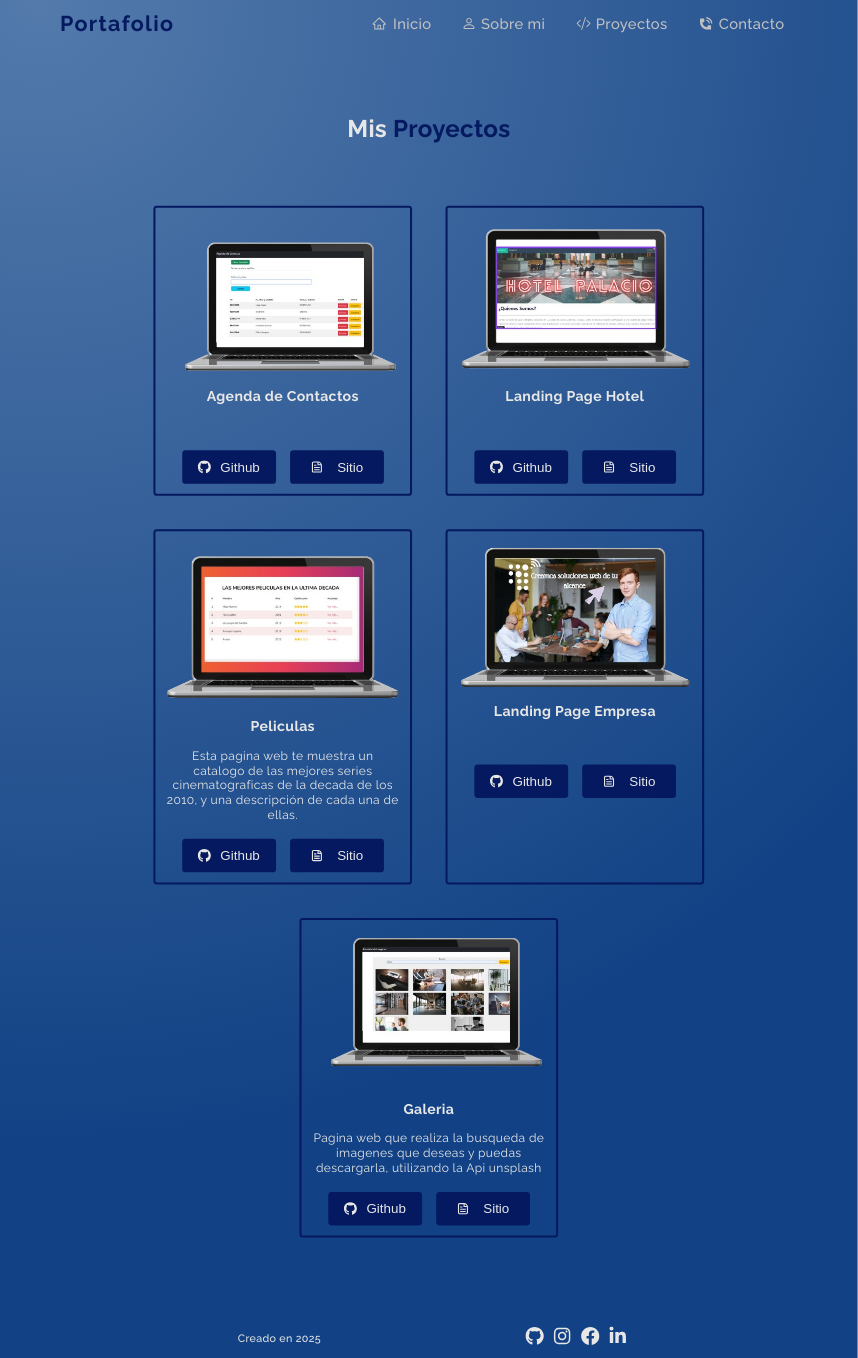
Repository: Francisco-Escobar99/portafolio
Page: /Project
The author's editor kept a copy of each file at every save. The page is drawn from the files as they stood at one save, then again after a run of saves.
The browser window is 1280 px wide. The pictures show the whole page, at 67% of full size.
The project was rebuilt for these pictures with package versions that can differ from the ones it lists, and the page was loaded fresh each time. Also part of the build but not shown: vite.config.js, src/Components/Type.jsx, src/Components/Home.jsx, src/Components/Skills.jsx, src/Components/About.jsx, src/Components/Contact.jsx, src/App.css.

Above is the page before, as saved 2026-02-17 23:10:54.

### index.html
<!doctype html>
<html lang="en">
  <head>
    <meta charset="UTF-8" />
    <meta name="viewport" content="width=device-width, initial-scale=1.0" />
    <meta name="viewport"    content="width=device-width, initial-scale=1" />
    <meta name="author" content="Francisco Escobar">
    <meta name="description" content="Personal portfolio made using Reactjs"/>
    <meta property="og:title" content="Francisco Escobar portafolio">
    <meta property="og:type" content="Website">

    <title>Portafolio</title>
    <link href="https://fonts.googleapis.com/css2?family=Raleway:wght@100;400;500;700&display=swap" rel="stylesheet">
    <link rel="preconnect" href="https://fonts.googleapis.com">
    <link rel="preconnect" href="https://fonts.gstatic.com" crossorigin>
  </head>
  <body>
    <div id="root"></div>
    <script type="module" src="/src/main.jsx"></script>
  </body>
</html>

### src/App.jsx
import { Route, Routes, useLocation } from "react-router-dom";
import { useEffect, useState } from "react";
import { TransitionGroup, CSSTransition } from "react-transition-group";
import Nav from "./Components/Navbar";
import Footer from "./Components/Footer";
import Home from "./Components/Home";
import About from "./Components/About";
import Project from "./Components/Projects";
import Contact from "./Components/Contact";
import MoveToTop from "./Components/MoveToTop";
import CircleLoader from "react-spinners/CircleLoader";
import "./App.css";
2
function App() {
  const [loading, setLoading] = useState(true);
  const location = useLocation();

  useEffect(() => {
    setLoading(true);

    setTimeout(() => {
      setLoading(false);
    }, 1900);
  }, []);

  return (
    <div>
      {loading ? (
        <div className="loader">
          <CircleLoader
            color={"#011c38"}
            loading={true}
            size={100}
            aria-label="Loading Spinner"
            data-testid="loader"
          />
        </div>
      ) : (
        <>
          <Nav />
          <MoveToTop />

          <TransitionGroup>
            <CSSTransition key={location.key} classNames="fade" timeout={500}>
              <Routes location={location}>
                <Route path="/" element={<Home />} />
                <Route path="/About" element={<About />} />
                <Route path="/Project" element={<Project />} />
                <Route path="/Contact" element={<Contact />} />
              </Routes>
            </CSSTransition>
          </TransitionGroup>

          <Footer />
        </>
      )}
    </div>
  );
}

export default App;

### src/index.css
* {
  margin: 0;
  padding: 0;
}

#root {
  min-height: 100vh;
  position: relative;
  overflow-x: hidden;
  -webkit-tap-highlight-color: transparent;
  --color: #04195f;
}
body {
  font-family: "Raleway", sans-serif;
  background: radial-gradient(
    1700px circle at 4.48% 0%,
    #537aab 0%,
    #124285 100%
  );
  color: #e7e7e7;
  min-height: 100vh;
}

b {
  font-weight: 900;
  color: var(--color);
}

.loader {
  height: 100vh;
  display: flex;
  justify-content: center;
  align-items: center;
}
button {
  font-size: 20px;
  display: inline-flex;
  align-items: center;
  justify-content: space-evenly;
  width: 40%;
  margin: 25px 3% 0;
  padding: 10px;
  border-radius: 5px;
  background-color: var(--color);
  color: #e7e7e7;
  height: 50px;
  cursor: pointer;
  text-decoration: none;
  border-style: none;
}

button:hover {
  color: var(--color);
  background-color: #e7e7e7;
  transition: all ease-in-out 0.3s;
}

/* Scrollbar */
::-webkit-scrollbar {
  width: 10px;
  scroll-behavior: smooth;
}
::-webkit-scrollbar-track {
  background: #274656;
  border-radius: 100px;
}
::-webkit-scrollbar-thumb {
  background: #01111a;
  border-radius: 100px;
}

/* NAVBAR */

.Navbar {
  display: flex;
  justify-content: space-between;
  align-items: center;
  position: fixed;
  width: 100%;
  z-index: 2;
  height: 70px;
  top: 0;
  transition: all 0.7s;
}

.blur {
  background-color: #01111a8d;
  backdrop-filter: blur(15px);
  -webkit-backdrop-filter: blur(20px);
}

.Logo {
  font-size: 32px;
  letter-spacing: 2px;
  padding-left: 7%;
  color: var(--color);
  display: flex;
  align-items: center;
  text-align: center;
  cursor: pointer;
}

.NavbarLinks {
  display: flex;
  justify-content: space-between;
  align-items: center;
  padding-right: 7%;
  font-weight: 500;
  font-size: 22px;
}

.NavbarLinks li {
  padding: 2px 20px;
  list-style-type: none;
}

.NavbarLinks a {
  color: #c2c1c2;
  display: flex;
  align-items: center;
  justify-content: space-between;
  position: relative;
  width: 95%;
  padding: 2px 7px;
  letter-spacing: 0.5px;
  text-decoration: none;
}

.NavbarLinks a:hover {
  color: #ffffff;
}
.NavbarLinks a::after {
  background-color: #ffffff;
  content: "";
  position: absolute;
  height: 3px;
  left: 5px;
  bottom: 0;
  width: 0px;
  border-radius: 2px;
  transition: 0.3s;
}
.NavbarLinks a:hover:after {
  width: 95%;
}
.Hamburger {
  display: none;
}

@media (max-width: 800px) {
  .Navbar {
    width: 100%;
  }

  .NavbarLinks {
    font-size: 26px;
    display: flex;
    flex-direction: column;
    justify-content: flex-start;
    position: fixed;
    inset: 0 0 0 50%;
    gap: 50px;
    background-color: #0c2f69;
    height: 100vh;
    padding-top: max(20%, 120px);
    transform: translateX(100%);
    transition: 0.5s;
  }

  .showNavbar {
    transform: translateX(0);
  }

  .Hamburger {
    display: block;
    z-index: 2;
    padding: 5px;
    padding-right: 7%;
    cursor: pointer;
  }

  .bar {
    display: block;
    background-color: #e7e7e7;
    border-radius: 50px;
    height: 2.5px;
    width: 30px;
    margin: 6px;
    transition: 0.5s;
  }
  .barOne {
    rotate: -225deg;
    position: relative;
    top: 4px;
    transition: 0.5s;
  }
  .barTwo {
    display: none;
  }
  .barThree {
    position: relative;
    bottom: 4px;
    rotate: 225deg;
    transition: 0.5s;
  }
}

/* HOME PAGE */

.HomePage {
  display: flex;
  justify-content: space-evenly;
  min-height: 80vh;
  margin-top: 100px;
  margin-bottom: -50px;
  align-items: center;
}
.HomeText h1 {
  font-weight: 600;
  font-size: 38px;
  letter-spacing: 0.7px;
  padding-top: 10px;
}

.TypeEffect {
  padding: 25px 0px;
  font-weight: 600;
  font-size: 32px;
  letter-spacing: 0.6px;
}
.Avatar {
  height: 355px;
  width: 600px;
  mix-blend-mode: screen;
}

@media (max-width: 900px) {
  .HomePage {
    display: block;
    text-align: center;
    margin-top: 150px;
    padding: 25px;
  }
  .HomeText {
    text-align: left;
    display: inline-block;
  }
}

@media (max-width: 500px) {
  .HomePage {
    min-height: 70vh;
  }
  .NavbarLinks {
    inset: 0 0 0 30%;
  }
  .HomeText h1 {
    font-weight: 500;
    font-size: 28px;
  }
  .TypeEffect {
    font-weight: 500;
    font-size: 24px;
  }
}

/* ABOUT */

.AboutPage {
  display: flex;
  justify-content: space-evenly;
  min-height: 80vh;
  margin-top: 100px;
  align-items: center;
  padding: 25px;
}

.AboutText {
  width: 50%;
  font-weight: 500;
  font-size: 20px;
  line-height: 30px;
  letter-spacing: 1.2px;
}
.AboutTextHeading {
  font-size: 35px;
  font-weight: 600;
  padding-bottom: 40px;
}
.AboutText a {
  color: var(--color);
  text-decoration: underline;
  font-weight: bold;
}

.PortadaAvatar{
  height: 400px;
  width: 440px;

}

@media (max-width: 900px) {
  .AboutPage {
    display: block;
    text-align: center;
    padding: 30px;
  }
  .AboutText {
    text-align: left;
    display: inline-block;
    width: 95%;
    line-height: 24px;
    letter-spacing: 0.6px;
    margin-bottom: 80px;
  }
  .AboutTextHeading {
    font-size: 26px;
  }

  .Avatar {
    width: 200px;
    margin-bottom: 75px;
  }

  .PortadaAvatar{
      width: 300px;
      margin-bottom: 70px;
  }
}

/* Skills section */
.skills {
  display: flex;
  flex-wrap: wrap;
  justify-content: center;
  margin: 50px 10%;
}

.SkillBox {
  width: max(15%, 150px);
  height: 150px;
  display: flex;
  align-items: center;
  justify-content: center;
  margin: 0px 25px 25px 0px;
  border: 3px solid var(--color);
  font-size: 64px;
  border-radius: 5px;
  transition: 0.5s;
}
.SkillBox:hover {
  transform: scale(1.2);
  background-color: var(--color);
  border: none;
}

.SkillsHeading {
  text-align: center;
  margin: 50px 10px;
  font-size: 36px;
  letter-spacing: 0.6px;
}

@media (max-width: 500px) {
  .AboutText {
    font-size: 16px;
  }
  .Avatar {
    width: 200px;
    margin-bottom: 25px;
  }

  .SkillsHeading {
    font-size: 26px;
  }
  .SkillBox {
    width: 100px;
    height: 100px;
    font-size: 50px;
  }
}
/* Project */
.projectHeading {
  text-align: center;
  padding: 70px 0;
  letter-spacing: 0.4px;
  font-size: 36px;
  margin-top: 100px;
}

.project {
  display: flex;
  flex-wrap: wrap;
  justify-content: center;
  margin: 25px 5%;
}

.projectBox {
  width: 350px;
  border: 3px solid var(--color);
  border-radius: 5px;
  text-align: center;
  padding: 15px;
  letter-spacing: 0.5px;
  font-size: 18px;
  line-height: 22px;
  margin: 0px 25px 50px 25px;
  transition: 0.5s;
}
.projectBox:hover {
  transform: scale(1.05);
  background-color: rgb(27, 39, 125);
}

.projectPhoto {
  display: block;
  width: 100%;
  margin: 0px 0px;
}

/* FOOTER */

footer {
  width: 90%;
  height: 40px;
  margin: 10px auto;
  margin-top: 80px;
  letter-spacing: 0.5px;
  display: flex;
  flex-wrap: wrap;
  align-items: center;
  justify-content: space-evenly;
  position: relative;
  bottom: 0px;
  text-align: center;
}

footer h4 {
  margin: 0 25px;
  font-weight: 500;
}

.footerLinks {
  display: flex;
  width: 180px;
  font-size: 28px;
  justify-content: space-evenly;
}

.footerLinks a {
  text-decoration: none;
  color: inherit;
}
.footerLinks a:hover {
  scale: 1.5;
  color: var(--color);
  transition: all ease-in-out 0.3s;
}

@media (max-width: 750px) {
  footer {
    height: 110px;
  }
}

.contact-container {
  position: relative;
  margin-top: 50%;
  padding: 20px;
  border-radius: 10px;
  max-width: 400px;
  margin: auto;
}

.contact-container h2 {
  margin-top: 30%;
  text-align: center;
  color: var(--color);
}

.form-group {
  margin-bottom: 20px;
}

.form-group label {
  display: block;
  margin-bottom: 5px;
  color: #ffffff;
}

.form-group input,
.form-group textarea {
  width: 100%;
  padding: 10px;
  border: none;
  border-radius: 5px;
}

.form-group textarea {
  height: 100px;
}
a .submit-btn {
  margin: 0 auto;
  display: flex;
  width: 60%;
}
a {
  text-decoration: none;
}
.submitted-message {
  text-align: center;
  color: #ffffff;
  font-weight: bold;
  margin-top: 20px;
}

### src/Components/Navbar.jsx
import React from "react";
import { useState } from "react";
import { Link } from "react-router-dom";
import { AiOutlineHome } from "react-icons/ai";
import { BsPerson, BsCodeSlash } from "react-icons/bs";
import { CgPhone } from "react-icons/cg";

const Nav = () => {
  const [navbarblur, setnavbarblur] = useState(false);

  function scrollHandler() {
    if (window.scrollY >= 20) {
      setnavbarblur(true);
    } else {
      setnavbarblur(false);
    }
  }

  var showMenu = () => {
    var bar = document.getElementsByClassName("bar");
    var ham = document.getElementsByClassName("NavbarLinks");
    bar[0].classList.toggle("barOne");
    bar[1].classList.toggle("barTwo");
    bar[2].classList.toggle("barThree");

    ham[0].classList.toggle("showNavbar");
  };

  var hideMenu = () => {
    var bar = document.getElementsByClassName("bar");
    var ham = document.getElementsByClassName("NavbarLinks");
    bar[0].classList.remove("barOne");
    bar[1].classList.remove("barTwo");
    bar[2].classList.remove("barThree");
    ham[0].classList.remove("showNavbar");
  };

  window.addEventListener("scroll", scrollHandler);

  return (
    <nav className={navbarblur ? "Navbar blur" : "Navbar"} translate="no">
      <h1
        title="Reload"
        onClick={() => window.location.reload(true)}
        className="Logo"
      >
        Portafolio
      </h1>

      <div className="Hamburger" onClick={showMenu}>
        <span className="bar"></span>
        <span className="bar"></span>
        <span className="bar"></span>
      </div>

      <ul className="NavbarLinks">
        <li onClick={hideMenu}>
          <Link to="/">
            <AiOutlineHome /> Inicio
          </Link>
        </li>
        <li onClick={hideMenu}>
          <Link to="/About">
            <BsPerson /> Sobre mi
          </Link>
        </li>
        <li onClick={hideMenu}>
          <Link to="/Project">
            <BsCodeSlash /> Proyectos
          </Link>
        </li>
        <li onClick={hideMenu}>
          <Link to="/Contact">
            <CgPhone />
            Contacto
          </Link>
        </li>
      </ul>
    </nav>
  );
};

export default Nav;

### src/Components/Footer.jsx
import React from "react";
import { FaGithub, FaInstagram, FaFacebook, FaLinkedinIn  } from "react-icons/fa";


const Footer = () => {
  const date = new Date();
  let year = date.getFullYear();
  return (
    <footer>
      <h4>Creado en {year} </h4>
      <div className="footerLinks">
        <a href="https://github.com/Francisco-Escobar99" target="_blank">
          <FaGithub />
        </a>
        <a href="https://www.instagram.com/francisco_escobar05/" target="_blank">
          <FaInstagram />
        </a>
        <a href="https://www.facebook.com/franciscoantonio.escobarovilla/" target="_blank">
          <FaFacebook />
        </a>
        <a href="https://www.linkedin.com/in/francisco-antonio-escobar-ovilla-326920212/" target="_blank">
          <FaLinkedinIn />
        </a>
      </div>
    </footer>
  );
};

export default Footer;

### src/Components/Projects.jsx
import React from "react";
import ProjectBox from "./ProjectBox";
import AgendaImage from "../images/Agenda.png";
import HotelImage from "../images/Hotel.png";
import PeliculasImage from "../images/MejoresPeliculas.png";
import ServicioImage from "../images/Servicio.png";
import GaleriaImage from "../images/Galeria.png"

const Projects = () => {
  return (
    <div>
      <h1 className="projectHeading">
        Mis <b>Proyectos</b>
      </h1>
      <div className="project">
        <ProjectBox projectPhoto={AgendaImage} projectName="Agenda de Contactos" />
        <ProjectBox projectPhoto={HotelImage} projectName="Landing Page Hotel" />
        <ProjectBox projectPhoto={PeliculasImage} projectName="Peliculas" />
        <ProjectBox projectPhoto={ServicioImage} projectName="Landing Page Empresa" />
        <ProjectBox projectPhoto={GaleriaImage} projectName="Galeria"/>
      </div>
    </div>
  );
};

export default Projects;

### src/Components/MoveToTop.jsx
import { useEffect } from "react";
import { useLocation } from "react-router-dom";

const MoveToTop = () => {
  const path = useLocation();

  useEffect(() => {
    window.scrollTo(0, 0);
  }, [path]);
};

export default MoveToTop;

### src/Components/ProjectBox.jsx
import React from "react";
import { FaGithub } from "react-icons/fa";
import { CgFileDocument } from "react-icons/cg";

const ProjectBox = ({ projectPhoto, projectName }) => {
  const desc = {
    AgendaDesc:
      "Este sitio web representa una agenda de contactos, donde los usuarios podran guardar informacion telefónica.",
    AgendaGithub: "https://github.com/Francisco-Escobar99/agenda",
    AgendaWebsite: "https://agenda-contact.netlify.app/",

    HotelDesc:
      "En este sitio web, encontraras una (landing Page) de un hotel donde ofrece sus servicios a clientes y los paquetes que ofrece.",
    HotelGithub: "https://github.com/Francisco-Escobar99/LandingPageHotel",
    HotelWebsite: "https://hotelpalacio.netlify.app/",

    PeliculasDesc:
      "Esta pagina web te muestra un catalogo de las mejores series cinematograficas de la decada de los 2010, y una descripción de cada una de ellas.",
    PeliculasGithub: "https://github.com/Francisco-Escobar99/MejoresPeliculasD",
    PeliculasWebsite: "https://francisco-escobar99.github.io/MejoresPeliculasD/",

    ServiciosDesc:
      "Este sitio web ofrece los servicios de una empresa, mostrando una galeria de imagenes de lo que se dedican y la experiencia que tienen.",
    ServiciosGithub: "https://github.com/Francisco-Escobar99/ProyectoCybac",
    ServiciosWebsite: "https://empresa-info.netlify.app/",

    GaleriaDesc:
    "Pagina web que realiza la busqueda de imagenes que deseas y puedas descargarla, utilizando la Api unsplash",
    GaleriaGithub: "https://github.com/Francisco-Escobar99/galeria",
    GaleriaWebsite: "https://galeria-imagenes00.netlify.app/",
  };

  return (
    <div className="projectBox" translate="no">
      <img className="projectPhoto" src={projectPhoto} alt="Project display" />
      <div>
        <br />
        <h3>{projectName}</h3>
        <br />
        {desc[projectName + "Desc"]}
        <br />

        <a href={desc[projectName + "Github"]} target="_blank">
          <button className="projectbtn">
            <FaGithub /> Github
          </button>
        </a>

        <a href={desc[projectName + "Website"]} target="_blank">
          <button className="projectbtn">
            <CgFileDocument /> Sitio
          </button>
        </a>
      </div>
    </div>
  );
};
export default ProjectBox;

Loaded but not shown: src/main.jsx (common file)

After the next 2 saves:
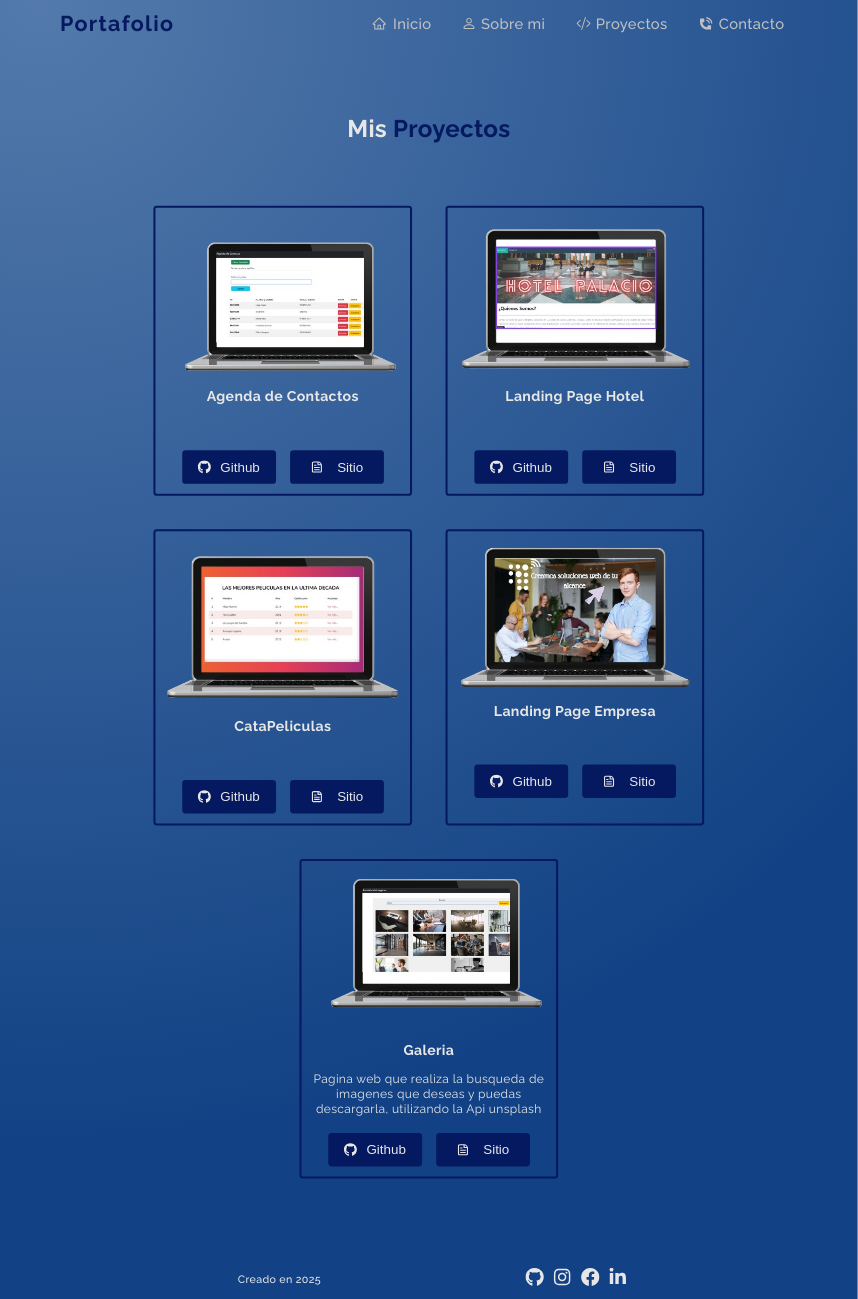
The 2 saves are shown as one change because they came seconds apart.
The last was saved 10 s later.
--- a/src/Components/Projects.jsx
+++ b/src/Components/Projects.jsx
@@ -15,7 +15,7 @@
       <div className="project">
         <ProjectBox projectPhoto={AgendaImage} projectName="Agenda de Contactos" />
         <ProjectBox projectPhoto={HotelImage} projectName="Landing Page Hotel" />
-        <ProjectBox projectPhoto={PeliculasImage} projectName="Peliculas" />
+        <ProjectBox projectPhoto={PeliculasImage} projectName="CataPeliculas" />
         <ProjectBox projectPhoto={ServicioImage} projectName="Landing Page Empresa" />
         <ProjectBox projectPhoto={GaleriaImage} projectName="Galeria"/>
       </div>
